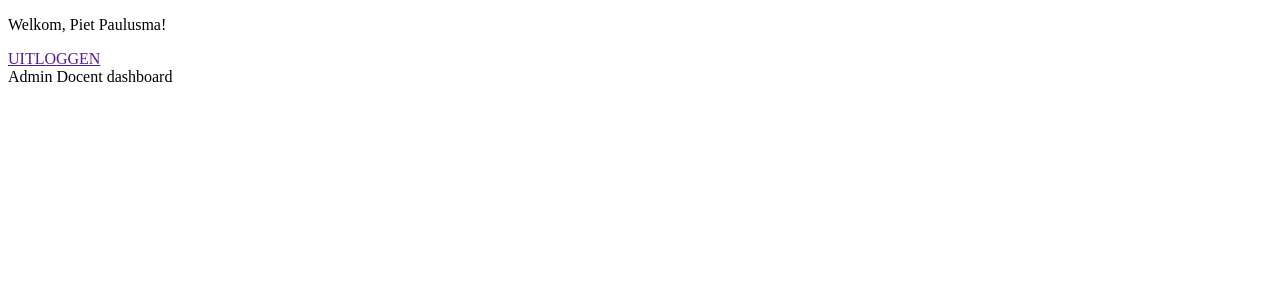
Repository: boblanckenburg/levelup
Page: website/src/docentview.html
These files come from the project's save history. The page is drawn as it stood at one moment and after the next save; the edit follows.
The browser window is 1280 px wide. The pictures show the whole page.

Above is the page before, as saved 2014-10-16 15:02:55.

After the next save:
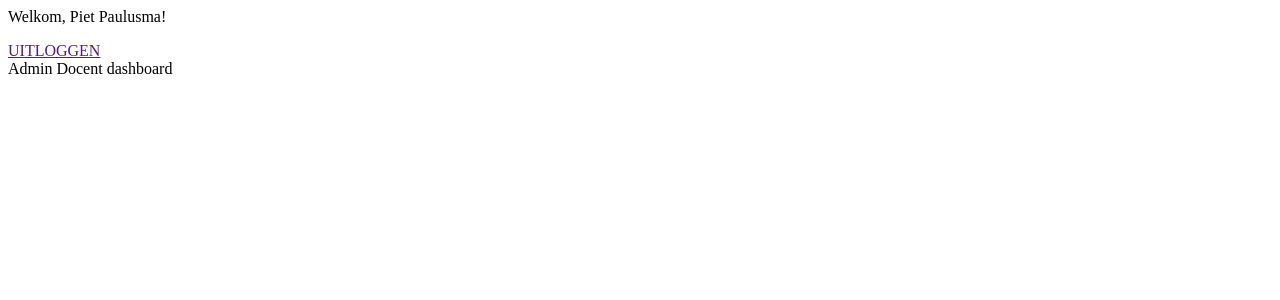
Saved 84 s later.
--- a/website/src/docentview.html
+++ b/website/src/docentview.html
@@ -1,24 +1,4 @@
-<!doctype html>
-<html class="no-js" id="html" lang="">
-    <head>
-        <meta charset="utf-8">
-        <meta http-equiv="X-UA-Compatible" content="IE=edge">
-        <title>LevelUp</title>
-        <meta name="description" content="">
-        <meta name="viewport" content="width=device-width, initial-scale=1">
 
-        <!-- Place favicon.ico and apple-touch-icon(s) in the root directory -->
-
-        <link rel="stylesheet" href="css/docentview.css">
-        <script src="js/main.js"></script>
-        <script src="js/vendor/modernizr-2.8.3.min.js"></script>
-    </head>
-    <body>
-        <!--[if lt IE 8]>
-            <p class="browsehappy">You are using an <strong>outdated</strong> browser. Please <a href="http://browsehappy.com/">upgrade your browser</a> to improve your experience.</p>
-        <![endif]-->
-
-		<div class="dashboard">
 			<section class="header">
 				<div id="welcome">
 					<p>Welkom, Piet Paulusma!</p>
@@ -36,6 +16,3 @@
 				</section>
 
 			</div>
-		</div>
-    </body>
-</html>
